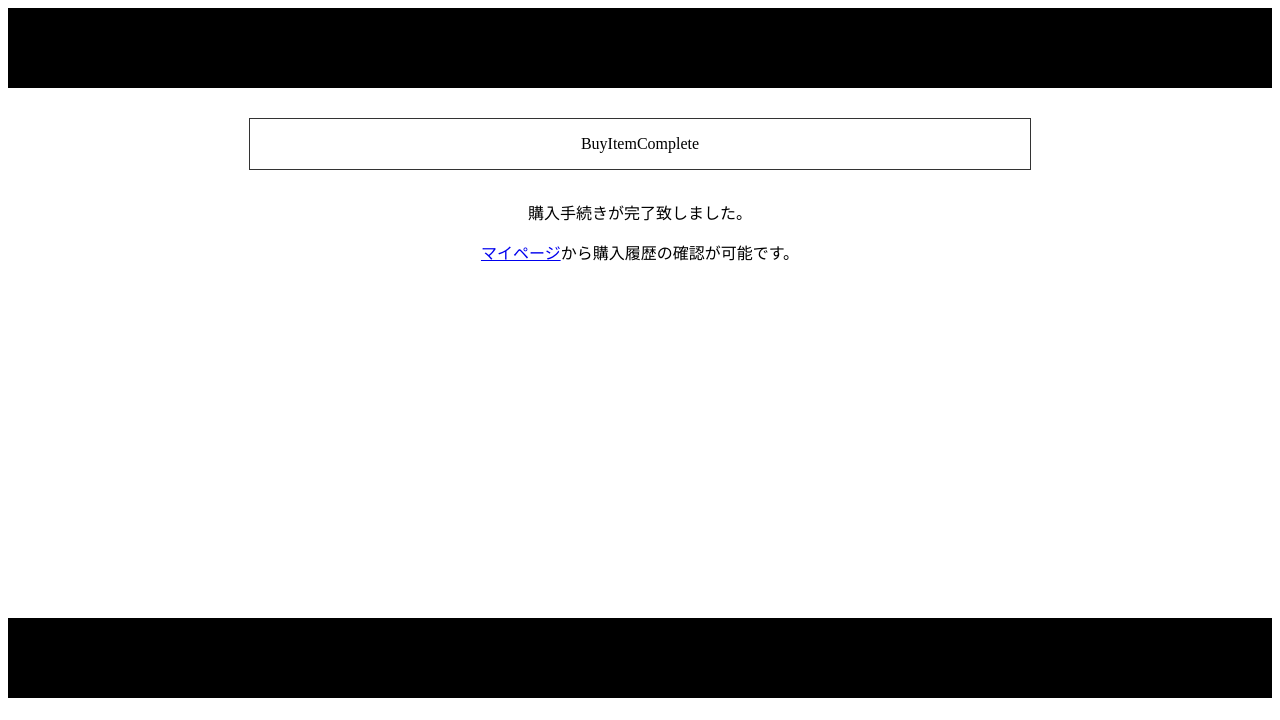
Repository: takaya1112/ECsite
Page: http://localhost/templete/buyItemComplete.jsp
An editor plug-in stored every save of this project. The page is shown before and after the next save, followed by the edit.
The browser window is 1280 px wide. The pictures show the whole page.
The page is served by Tomcat 9. Other server files are loaded and not shown.

Above is the page before, as saved 2018-10-29 11:20:56.

### templete/WebContent/buyItemComplete.jsp
<%@ page language="java" contentType="text/html; charset=UTF-8"
	pageEncoding="UTF-8"%>

<%@ taglib prefix="s" uri="/struts-tags"%>
<!DOCTYPE html>
<html>
<head>

<meta http-equiv="Content-Type" content="text/html; charset=utf-8" />
<meta http-equiv="Content-Style-Type" content="text/css" />
<meta http-equiv="Content-Script-Type" content="text/javascript" />
<meta http-equiv="imagetoolbar" content="no" />
<meta name="description" content="" />
<meta name="keywords" content="" />
<title>buyItemComplete画面</title>
<style type="text/css">
/* ========TAG LAYOUT======== */
次へ続きます。

buyItemComplete.jspの作成

body {
	margin: 0;
	padding: 0;
	line-height: 1.6;
	letter-spacing: 1px;
	font-family: Verdana, Helvetica, sans-serif;
	font-size: 12px;
	color: #333;
	background: #fff;
}

table {
	text-align: center;
	margin: 0 auto;
}
/* ========ID LAYOUT======== */
#top {
	width: 780px;
	margin: 30px auto;

	border
	:
	1px
	solid
	#333;
}

#header {
	width: 100%;
	height: 80px;
	background-color: black;
}

#main {
	width: 100%;
	height: 500px;
	text-align: center;
}

#footer {
	width: 100%;
	height: 80px;
	background-color: black;
	clear: both;
}

</style>

</head>
<body>

	<div id="header">

		<div id="pr"></div>

	</div>
	<div id="main">

		<div id="top">

			<p>BuyItemComplete</p>

		</div>
		<div>

			<p>購入手続きが完了致しました。</p>
			<div>

				<a href='<s:url action="MyPageAction" />'> マイページ</a><span>から購入履歴の確認が可能です。</span>


			</div>

		</div>

	</div>
	<div id="footer">

		<div id="pr"></div>

	</div>

</body>
</html>

After the next save:
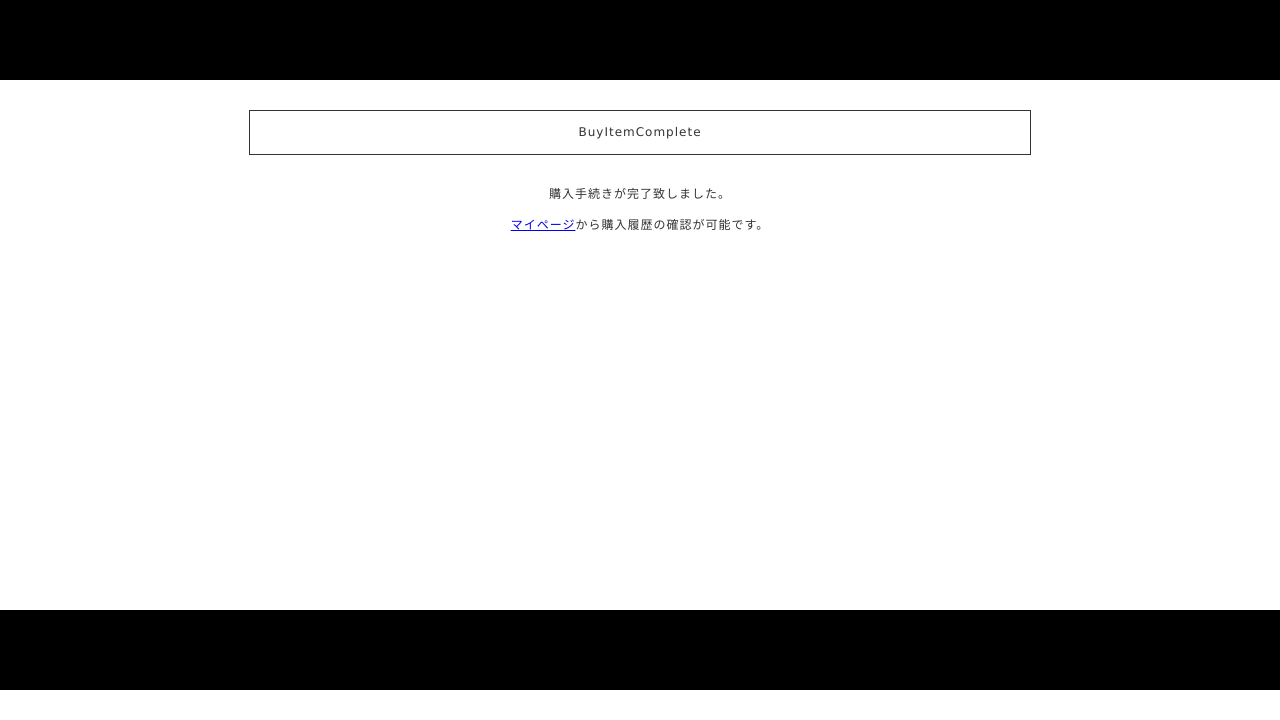
Saved 8 s later.
--- a/templete/WebContent/buyItemComplete.jsp
+++ b/templete/WebContent/buyItemComplete.jsp
@@ -15,9 +15,6 @@
 <title>buyItemComplete画面</title>
 <style type="text/css">
 /* ========TAG LAYOUT======== */
-次へ続きます。
-
-buyItemComplete.jspの作成
 
 body {
 	margin: 0;
@@ -38,12 +35,7 @@ table {
 #top {
 	width: 780px;
 	margin: 30px auto;
-
-	border
-	:
-	1px
-	solid
-	#333;
+	border: 1px solid #333;
 }
 
 #header {
@@ -64,7 +56,6 @@ table {
 	background-color: black;
 	clear: both;
 }
-
 </style>
 
 </head>
